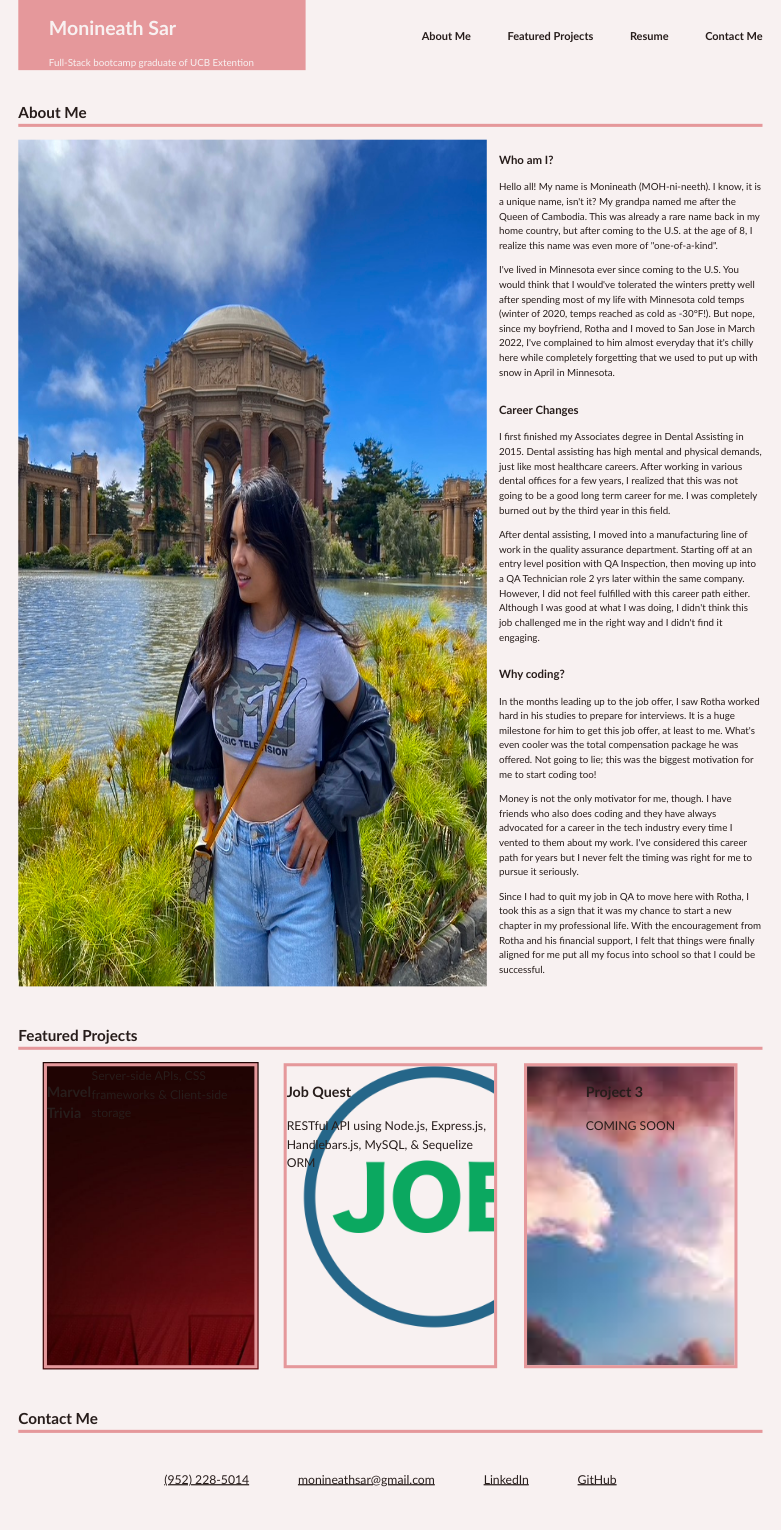
Repository: monineathsar/Challenge-2
Page: index.html
An editor plug-in stored every save of this project. The page is shown before and after the next save, followed by the edit.
The browser window is 1280 px wide. The pictures show the whole page, at 61% of full size.

Above is the page before, as saved 2022-08-13 13:08:05.

After the next save:
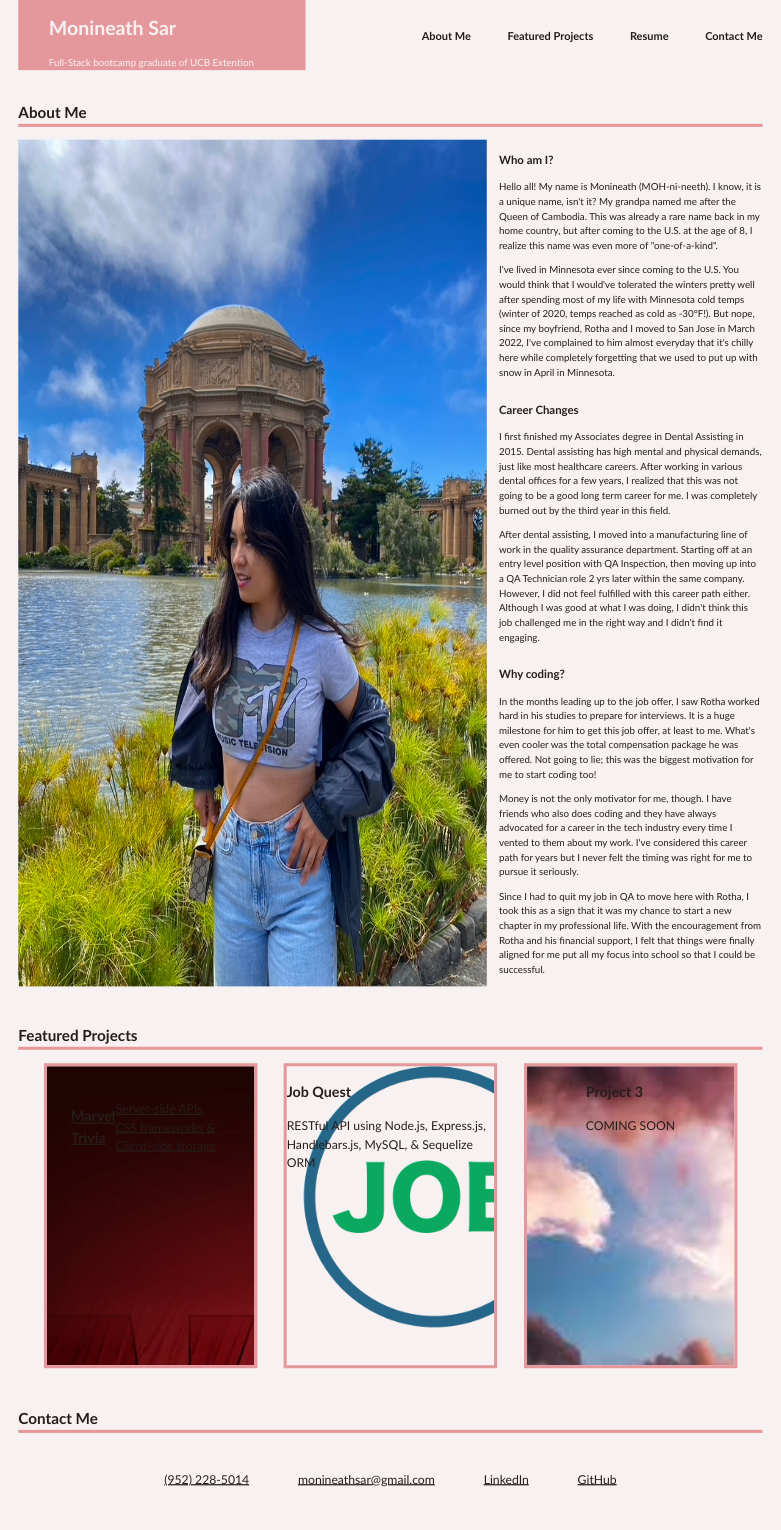
Saved 45 s later.
--- a/index.html
+++ b/index.html
@@ -96,8 +96,8 @@
             <div class="projectContainer">
 
 
-                <div class="project1">
-                    <a href="https://monineathsar.github.io/Marvel_Trivia1.0/" class="projectsBoxes project1"
+                <div class="project1 projectsBoxes">
+                    <a href="https://monineathsar.github.io/Marvel_Trivia1.0/"
                     target="_blank">
                     <h3>Marvel Trivia</h3>
                     <span>Server-side APIs, CSS frameworks & Client-side storage</span>
